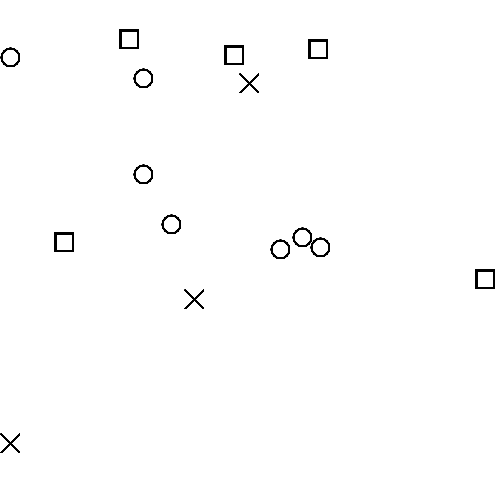
Repository: benceluzsinszky/rock-paper-scissors-simulation-pygame
Script's output: python main.py
An editor plug-in stored every save of this project. The script's output is shown before and after a run of saves, followed by the edit.
The window is shown after at most 60 frames with no key pressed. Random numbers start from a fixed seed. It also reads sprites/paper.png, sprites/rock.png, sprites/scissors.png.

Above is the script's output before, as saved 2023-04-24 20:25:43.

### main.py
import pygame
import sys
import random

from sprites import Sprite


class Game():
    """
    This class initializes the Pygame module and creates the game screen.
    """

    def __init__(self) -> None:
        """
        Initializes Pygame module and creates game screen.
        """
        pygame.init()

        self.clock = pygame.time.Clock()

        pygame.display.set_caption("Rock Paper Scissors")

        self.screen = pygame.display.set_mode((500, 500))

        self.rocks = pygame.sprite.Group()
        self.papers = pygame.sprite.Group()
        self.scissors = pygame.sprite.Group()

        self.sprite_groups = [self.rocks, self.papers, self.scissors]

        self.create_sprites("rock", self.rocks)
        self.create_sprites("paper", self.papers)
        self.create_sprites("scissors", self.scissors)

    def run_game(self):
        """
        Starts the game loop that continues until the user exits the game.
        """
        while True:
            self.check_events()
            self.move_sprites(self.rocks, self.scissors, self.papers)
            self.move_sprites(self.scissors, self.scissors, self.papers)
            self.move_sprites(self.rocks, self.scissors, self.scissors)
            self.check_collisions()
            self.update_screen()
            self.clock.tick(60)

    def update_screen(self):
        """
        Updates the game screen with new information.
        """
        self.screen.fill((255, 255, 255))

        for group in self.sprite_groups:
            for sprite in group:
                sprite.blit_sprite()

        pygame.display.flip()

    def check_events(self):
        """
        Checks for user input events such as key presses or window close events.
        """
        for event in pygame.event.get():
            if event.type == pygame.QUIT:
                pygame.quit()
                sys.exit()
            elif event.type == pygame.KEYDOWN:
                if event.key == pygame.K_ESCAPE:
                    self.running = False

    def collision(self, winner, loser, type):
        collision = pygame.sprite.groupcollide(winner, loser, False, True)

        if collision:
            dead_sprite_rect_x = list(collision.values())[0][0].rect.x
            dead_sprite_rect_y = list(collision.values())[0][0].rect.y
            sprite = Sprite(self, type, (dead_sprite_rect_x, dead_sprite_rect_y))
            winner.add(sprite)

    def check_collisions(self):
        self.collision(self.rocks, self.scissors, "rock")
        self.collision(self.scissors, self.papers, "scissors")
        self.collision(self.papers, self.rocks, "paper")

    def move_sprites(self, wathced_group, food, enemy):
        for sprite in wathced_group:
            sprite.get_info(food, enemy)
            sprite.action()

    def create_sprites(self, type, group):
        for _ in range(5):
            random_x = random.randint(10, 490)
            random_y = random.randint(10, 490)
            sprite = Sprite(self, type, (random_x, random_y))
            group.add(sprite)


if __name__ == "__main__":
    game = Game()
    game.run_game()

### sprites.py
import pygame
import math

from pygame.sprite import Sprite


class Sprite(Sprite):
    """
    Class that creats a Rock/Papaer/Scissor character.
    """
    def __init__(self, game, character=str, location=tuple) -> None:
        super().__init__()
        self.screen = game.screen
        self.image = pygame.image.load(f"sprites/{character}.png")
        self.image = pygame.transform.scale(self.image, (20, 20))
        self.image.set_colorkey((255, 255, 255))
        self.rect = self.image.get_rect()
        self.rect.x = location[0]
        self.rect.y = location[1]
        self.closest_food = None
        self.closest_food_distance = float("inf")
        self.closest_enemy = None
        self.closest_enemy_distance = float("inf")

    def blit_sprite(self):
        self.screen.blit(self.image, self.rect)

    def get_info(self, food, enemy):
        self.get_food_info(food)
        self.get_enemy_info(enemy)

    def get_food_info(self, food):
        for sprite in food:
            distance = math.sqrt((
                sprite.rect[0] - self.rect[1])**2 + (sprite.rect[1] - self.rect[1])**2)
            if distance < self.closest_food_distance:
                self.closest_food_distance = distance
                self.closest_food = sprite

    def get_enemy_info(self, enemy):
        for sprite in enemy:
            distance = math.sqrt((
                sprite.rect[0] - self.rect[1])**2 + (sprite.rect[1] - self.rect[1])**2)
            if distance < self.closest_enemy_distance:
                self.closest_enemy_distance = distance
                self.closest_enemy = sprite

    def action(self):
        if self.closest_enemy_distance < self.closest_food_distance:
            self.run()
        else:
            self.eat()

    def eat(self):
        direction = pygame.math.Vector2(self.closest_food.rect.center) - pygame.math.Vector2(self.rect.center)
        try:
            direction.normalize_ip()
        except ValueError:
            pass
        if (
            self.rect.top > 0 and
            self.rect.bottom < 500 and
            self.rect.left > 0 and
            self.rect.right < 500
             ):
            self.rect.move_ip(direction * 2)

    def run(self):
        direction = pygame.math.Vector2(self.closest_enemy.rect.center) - pygame.math.Vector2(self.rect.center)
        try:
            direction.normalize_ip()
        except ValueError:
            pass
        if (
            self.rect.top > 0 and
            self.rect.bottom < 500 and
            self.rect.left > 0 and
            self.rect.right < 500
             ):
            self.rect.move_ip(direction * -2)

After the next 2 saves:
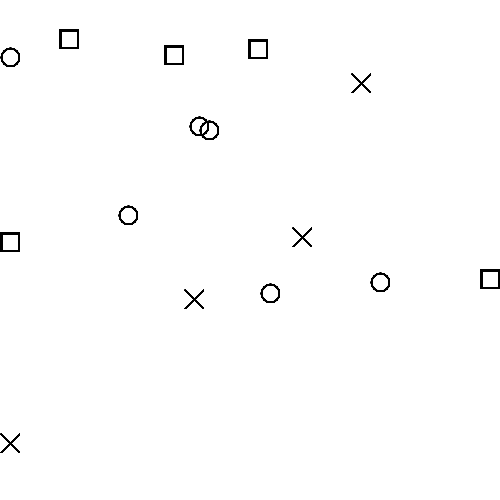
The 2 saves are shown as one change because they came seconds apart.
The last was saved 11 s later.
--- a/main.py
+++ b/main.py
@@ -40,7 +40,7 @@ class Game():
             self.check_events()
             self.move_sprites(self.rocks, self.scissors, self.papers)
             self.move_sprites(self.scissors, self.scissors, self.papers)
-            self.move_sprites(self.rocks, self.scissors, self.scissors)
+            self.move_sprites(self.papers, self.rocks, self.scissors)
             self.check_collisions()
             self.update_screen()
             self.clock.tick(60)
